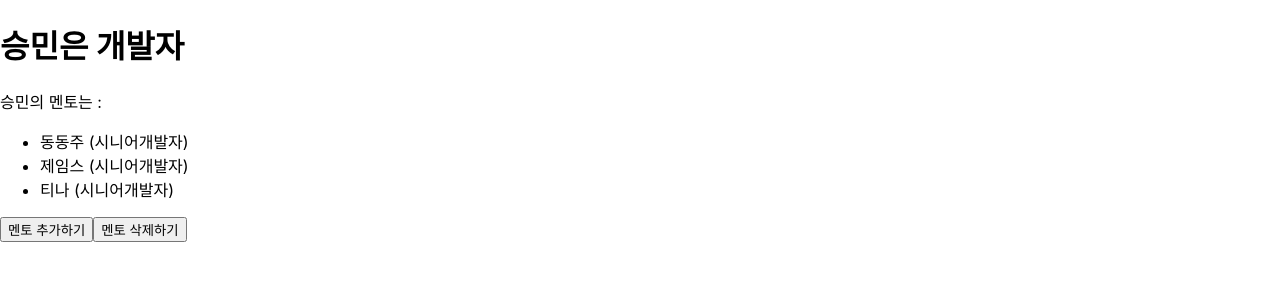
Repository: dnjfht/css-example
Page: /
These files come from the project's save history. The page is drawn as it stood at one moment and after the next save; the edit follows.
The browser window is 1280 px wide. The pictures show the whole page.
The project was rebuilt for these pictures with package versions that can differ from the ones it lists, and the page was loaded fresh each time. Some packages were replaced by stand-ins written for this rebuild.

Above is the page before, as saved 2023-05-10 21:54:51.

### src/App.js
import React from "react";
import { useImmer } from "use-immer";

export default function App() {
  // const [person, setPerson] = useState(initialState);
  const initialState = {
    name: "승민",
    title: "개발자",
    mentors: [
      {
        name: "동동주",
        title: "시니어개발자",
      },
      {
        name: "제임스",
        title: "시니어개발자",
      },
      {
        name: "티나",
        title: "시니어개발자",
      },
    ],
  };

  const [person, updatePerson] = useImmer(initialState);

  const handleUpdate = () => {
    const prev = prompt("누구의 이름을 바꾸고 싶은가요?");
    const current = prompt("이름을 무엇으로 바꾸고 싶은가요?");

    updatePerson((person) => {
      const mentor = person.mentors.find((m) => m.name === prev);
      // find() 메서드는 주어진 판별 함수를 만족하는 첫 번째 요소의 값을 반환
      mentor.name = current;
    });
    // 실제로 객체 자체를 업데이트하는 것처럼 보이지만
    // 내부적으로는 새로운 person이라는 객체를 만들어서 업데이트하는 부분만 변경해주는 것.
  };

  const ClickAddMentor = () => {
    const currentName = prompt("추가하고 싶은 멘토의 이름은 무엇입니까?");
    const currentJob = prompt("추가하고 싶은 멘토의 직업은 무엇입니까?");

    updatePerson((person) =>
      person.mentors.push({ name: currentName, title: currentJob })
    );
  };

  const ClickDeleteMentor = () => {
    const prev = prompt("삭제할 멘토의 이름은 무엇입니까?");

    const index = person.mentors.findIndex((m) => m.name === prev);
    person.mentors.splice(index, 1);
    // index부터 1나만 삭제하고 나머지는 배열로 출력.
    // 직접적으로 값을 수정하는 방식.
  };

  return (
    <div>
      <h1>
        {person.name}은 {person.title}
      </h1>
      <p>{person.name}의 멘토는 :</p>
      <ul>
        {person.mentors.map((mentor, index) => {
          return (
            <li key={index}>
              {mentor.name} ({mentor.title})
            </li>
          );
        })}
      </ul>
      <button onClick={ClickAddMentor}>멘토 추가하기</button>
      <button onClick={ClickDeleteMentor}>멘토 삭제하기</button>
    </div>
  );
}

Loaded but not shown: public/index.html (common file); src/index.js (common file); src/index.css (common file); src/reportWebVitals.js (common file)

After the next save:
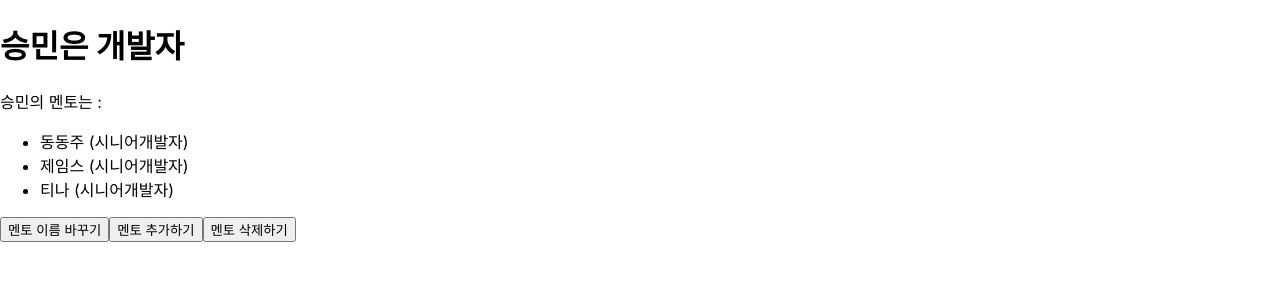
Saved 20 s later.
--- a/src/App.js
+++ b/src/App.js
@@ -70,6 +70,7 @@ export default function App() {
           );
         })}
       </ul>
+      <button onClick={handleUpdate}>멘토 이름 바꾸기</button>
       <button onClick={ClickAddMentor}>멘토 추가하기</button>
       <button onClick={ClickDeleteMentor}>멘토 삭제하기</button>
     </div>
